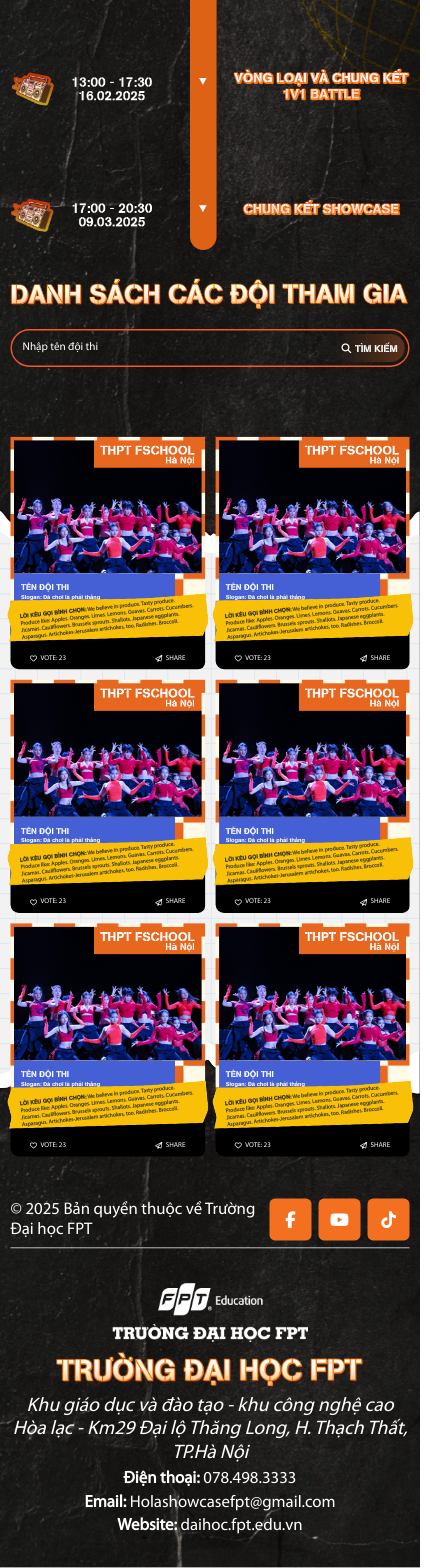
Repository: dinhtri123/hola_fpt
Page: index.html
An editor plug-in stored every save of this project. The page is shown before and after the next save, followed by the edit.
The browser window is 600 px wide. The page is 614 px wide, so the pictures cover 614 px, including what lies to the right of the window. The pictures show the part of the page from y = 2863 to 5103 px (the page is 5103 px tall), at 70% of full size.

Above is the page before, as saved 2025-01-04 22:03:59.

After the next save:
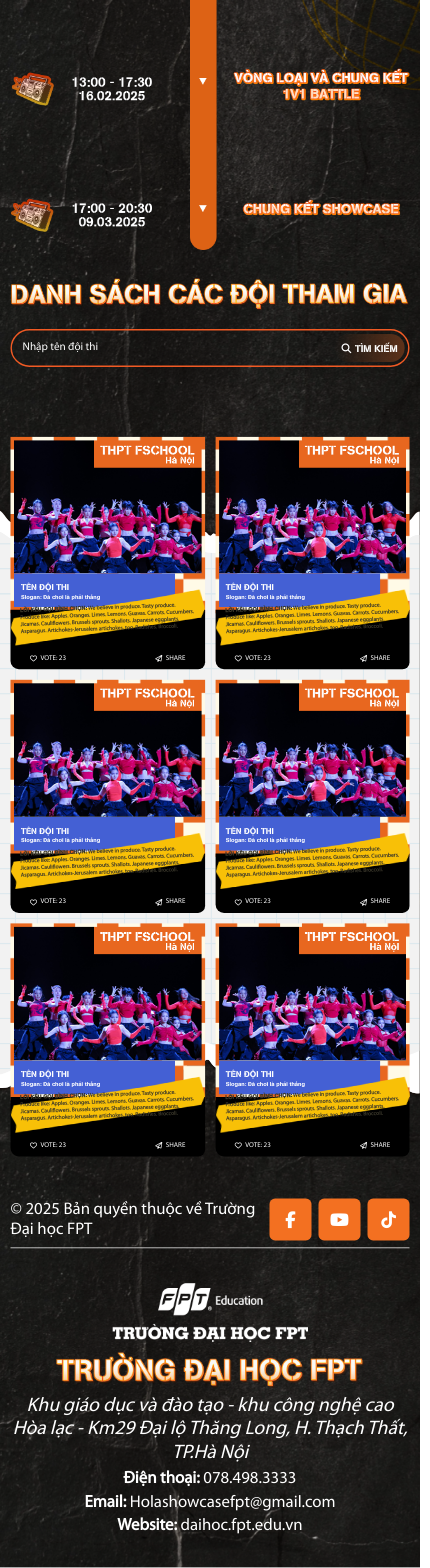
Saved 18 s later.
--- a/styles.css
+++ b/styles.css
@@ -465,6 +465,8 @@
   .news-item-desc p {
     font-size: 8px;
     max-width: 90%;
+  }
+  .news-item-desc::before {
     transform: rotate(-8deg);
   }
   .news-item-action,

After the save that followed:
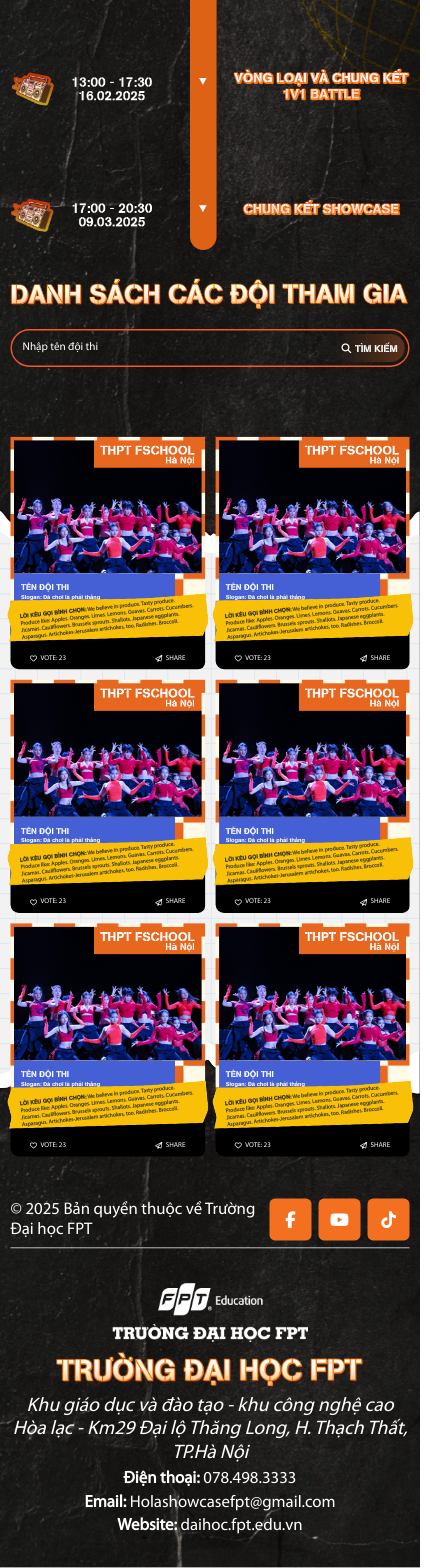
Saved 60 s later.
--- a/styles.css
+++ b/styles.css
@@ -465,9 +465,9 @@
   .news-item-desc p {
     font-size: 8px;
     max-width: 90%;
+    transform: rotate(-8deg);
   }
   .news-item-desc::before {
-    transform: rotate(-8deg);
   }
   .news-item-action,
   .news-item-action > div i {
